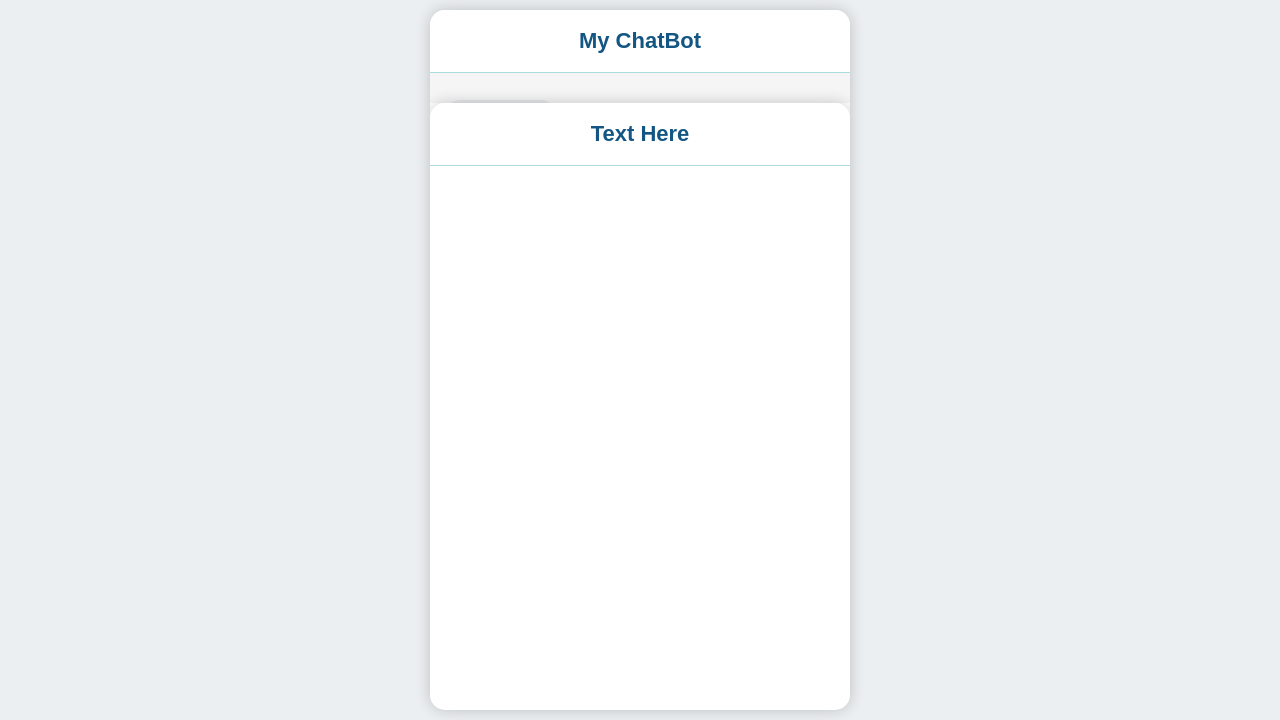
Repository: nt269782-web/Offline-ChatBot
Page: front.html
These files come from the project's save history. The page is drawn as it stood at one moment and after a run of saves; the edit follows.
The browser window is 1280 px wide. The pictures show the whole page.

Above is the page before, as saved 2026-07-08 12:41:42.

### front.html
<!DOCTYPE html>
<html lang="en">
<head>
    <meta charset="UTF-8">
    <meta name="viewport" content="width=device-width, initial-scale=1.0">
    <title>Document</title>
    <style>
        *{
        margin:0;
        padding:0;
        box-sizing:border-box;
        font-family:Arial,sans-serif;
        }

        body{
            background: #eceff1;
            display: flex;
            justify-content: center;
            align-items: center;
            height: 100vh;
        }
        .chat-container {
            width: 420px;
            height: 700px;
            overflow: hidden;
            display: flex;
            flex-direction: column;
            background:#fff;
            border-radius:15px;
            box-shadow:0 0 15px rgba(0,0,0,.2);


        }
        .header{
            background-color: rgb(255, 255, 255);
            color: #135683;
            text-align: center;
            font-size: 22px;
            font-weight: bold;
            padding: 18px;
            border-bottom: 1px solid #add;

        }


        .chat-box{
            flex: 1;
            overflow: auto;
            padding: 15px;
            background: #f5f5f5;



        }
        .message{
            display: flex;
            margin: 12px 0;

        }
        .bot{
            justify-content: flex-start;
        }

        .user{
            justify-content: flex-end;
        }



        .bubble{
            max-width: 75%;
            padding: 12px;
            border-radius: 15px;
            font-size: 15px;
            line-height: 1.5;
        }

        .bot .bubble{
            background:#e5e7eb;
            color:#000;
        }

        .user .bubble{
            background:#2563eb;
            color:#fff;
        }

        .headerdown{
            background-color: rgb(255, 255, 255);
            color: #135683;
            text-align: center;
            font-size: 22px;
            font-weight: bold;
            padding: 18px;
            border-bottom: 1px solid #add;

        }

    </style>
</head>

<body>
    <div class="chat-container">
    <div class="header">
        My ChatBot
    </div>

    <div class="chat-box" id="chatbox">
        <div class="message bot">
            <div class="bubble">
                Hello <br>
                Ask Anything

            </div>
        </div>
    </div>
    <div class="chat-container">
        <div class="headerdown">
            Text Here
        </div>

    </div>


    </div>
</body>
</html>

After the next 2 saves:
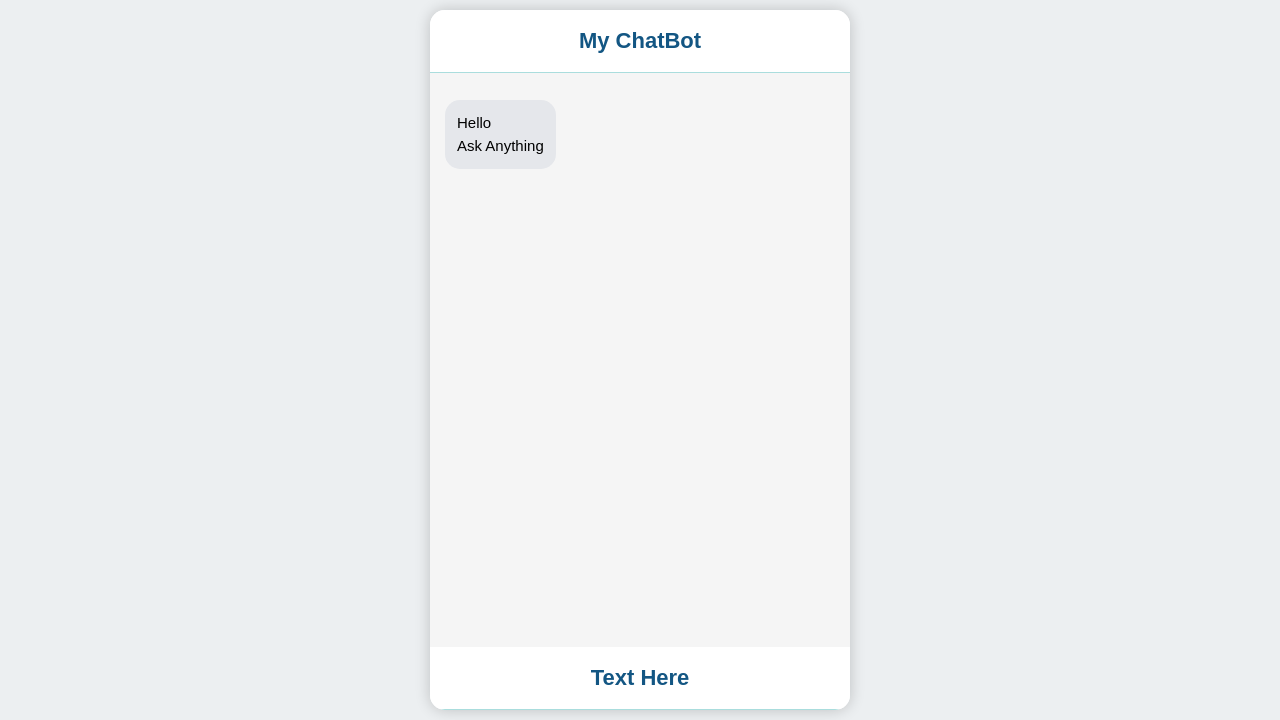
The 2 saves are shown as one change because they came seconds apart.
The last was saved 21 s later.
--- a/front.html
+++ b/front.html
@@ -114,12 +114,12 @@
             </div>
         </div>
     </div>
-    <div class="chat-container">
+
         <div class="headerdown">
             Text Here
         </div>
 
-    </div>
+
 
 
     </div>
